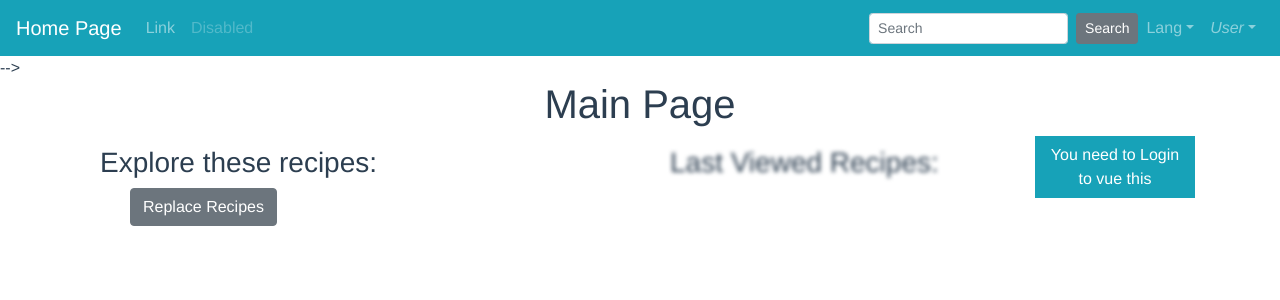
Repository: chenshor/cooking-site
Page: /#/
The author's editor kept a copy of each file at every save. The page is drawn from the files as they stood at one save, then again after the next save.
The browser window is 1280 px wide. The pictures show the whole page.
The page's requests for data from a server got no answer. The project was rebuilt for these pictures with package versions that can differ from the ones it lists, and the page was loaded fresh each time. No one was signed in, and anything a server would have sent is missing. Also part of the build but not shown: vue.config.js, src/components/Indication.vue, src/components/RecipePreview.vue, src/pages/NotFoundPage.vue, src/components/IngredientSpoon.vue, src/components/Favorite.vue, src/pages/RecipePage.vue, src/assets/countries.js and 8 more.

Above is the page before, as saved 2020-06-22 21:10:29.

### index.html
<!DOCTYPE html>
<html lang="en">
  <head>
    <meta charset="utf-8" />
    <meta http-equiv="X-UA-Compatible" content="IE=edge" />
    <meta
      name="viewport"
      content="width=device-width,initial-scale=1.0,shrink-to-fit=no"
    />
    <link rel="icon" href="<%= BASE_URL %>favicon.ico" />
    <title><%= htmlWebpackPlugin.options.title %></title>
  </head>
  <body>
    <noscript>
      <strong
        >We're sorry but <%= htmlWebpackPlugin.options.title %> doesn't work
        properly without JavaScript enabled. Please enable it to
        continue.</strong
      >
    </noscript>
    <div id="app"></div>
    <!-- built files will be auto injected -->
  </body>
</html>

### src/main.js
import Vue from "vue";
import App from "./App.vue";
import VueAxios from "vue-axios";
import axios from "axios";

import routes from "./routes";
import VueRouter from "vue-router";
Vue.use(VueRouter);
const router = new VueRouter({
  routes,
});

import Vuelidate from "vuelidate";
import "bootstrap/dist/css/bootstrap.css";
import "bootstrap-vue/dist/bootstrap-vue.css";
import {
  FormGroupPlugin,
  FormPlugin,
  FormInputPlugin,
  ButtonPlugin,
  CardPlugin,
  NavbarPlugin,
  FormSelectPlugin,
  AlertPlugin,
  ToastPlugin,
  LayoutPlugin,
  ImagePlugin,
  TabsPlugin,
  FormCheckboxPlugin,
  FormRadioPlugin,
  FormTagsPlugin,
  IconsPlugin,
} from "bootstrap-vue";
[
  FormGroupPlugin,
  FormPlugin,
  FormInputPlugin,
  ButtonPlugin,
  CardPlugin,
  NavbarPlugin,
  FormSelectPlugin,
  AlertPlugin,
  ToastPlugin,
  LayoutPlugin,
  ImagePlugin,
  TabsPlugin,
  FormCheckboxPlugin,
  FormRadioPlugin,
  FormTagsPlugin,
  IconsPlugin,
].forEach((x) => Vue.use(x));
Vue.use(Vuelidate);
Vue.use(VueAxios, axios);
axios.defaults.withCredentials = true;
axios.interceptors.request.use(
  function(config) {
    // Do something before request is sent
    return config;
  },
  function(error) {
    // Do something with request error
    return Promise.reject(error);
  }
);

// Add a response interceptor
axios.interceptors.response.use(
  function(response) {
    // Do something with response data
    return response;
  },
  function(error) {
    // Do something with response error
    return Promise.reject(error);
  }
);

Vue.use(VueAxios, axios);

Vue.config.productionTip = false;

const shared_data = {
  username: localStorage.username,
  login(username) {
    localStorage.setItem("username", username);
    this.username = username;
    console.log("login", this.username);
  },
  logout() {
    console.log("logout");
    localStorage.removeItem("username");
    this.username = undefined;
  },
};
console.log(shared_data);
// Vue.prototype.$root.store = shared_data;

new Vue({
  router,
  data() {
    return {
      store: shared_data,
    };
  },
  methods: {
    toast(title, content, variant = null, append = false) {
      this.$bvToast.toast(`${content}`, {
        title: `${title}`,
        toaster: "b-toaster-top-center",
        variant: variant,
        solid: true,
        appendToast: append,
        autoHideDelay: 3000,
      });
    },
  },
  render: (h) => h(App),
}).$mount("#app");

### src/App.vue
<template>
  <div id="app">
    <b-navbar toggleable="lg" type="dark" variant="info">
      <b-navbar-brand to="/">Home Page</b-navbar-brand>

      <b-navbar-toggle target="nav-collapse"></b-navbar-toggle>

      <b-collapse id="nav-collapse" is-nav>
        <b-navbar-nav>
          <b-nav-item href="#">Link</b-nav-item>
          <b-nav-item href="#" disabled>Disabled</b-nav-item>
        </b-navbar-nav>

        <!-- Right aligned nav items -->
        <b-navbar-nav class="ml-auto">
          <b-nav-form>
            <b-form-input size="sm" class="mr-sm-2" placeholder="Search"></b-form-input>
            <b-button size="sm" class="my-2 my-sm-0" type="submit">Search</b-button>
          </b-nav-form>

          <b-nav-item-dropdown text="Lang" right>
            <b-dropdown-item href="#">EN</b-dropdown-item>
            <b-dropdown-item href="#">ES</b-dropdown-item>
            <b-dropdown-item href="#">RU</b-dropdown-item>
            <b-dropdown-item href="#">FA</b-dropdown-item>
          </b-nav-item-dropdown>

          <b-nav-item-dropdown right>
            <!-- Using 'button-content' slot -->
            <template v-slot:button-content>
              <em>User</em>
            </template>
            <b-dropdown-item href="#">Profile</b-dropdown-item>
            <b-dropdown-item href="#">Sign Out</b-dropdown-item>
          </b-nav-item-dropdown>
        </b-navbar-nav>
      </b-collapse>
    </b-navbar>

    <!--
    <div id="nav">
      <router-link to="/">Vue Recipes</router-link>|
      <router-link to="/search">Search Recipes</router-link>|
      <router-link to="/about">About</router-link>|
      <span v-if="!$root.store.username">
        Hello Guest:
        <router-link to="/register">Register</router-link>|
        <router-link to="/login">Login</router-link>|
      </span>
      <span v-else>
        {{ $root.store.username }}:
        <b-nav-item-dropdown text="Personal" >
          <b-dropdown-item to="/FamilyList">Family Recipes</b-dropdown-item>
          <b-dropdown-item to="/myRecipes">My Recipes</b-dropdown-item>
          <b-dropdown-item to="/favorite">My Favorite</b-dropdown-item>
        </b-nav-item-dropdown>
        <!-- <router-link to="/FamilyList">Family Recipes</router-link>|
        <router-link to="/myRecipes">My Recipes</router-link>|
    <router-link to="/favorite">My Favorite</router-link>-->
    <!-- <button @click="Logout">Logout</button>|
      </span>
    </div>-->
    -->
    <router-view />
  </div>
</template>

<script>
export default {
  name: "App",
  methods: {
    async Logout() {
      this.$root.store.logout();
      const response = await this.axios.post(
        "https://ass3-2.herokuapp.com/logout"
      );
      this.$root.toast("Logout", "User logged out successfully", "success");

      this.$router.push("/").catch(() => {
        this.$forceUpdate();
      });
    }
  }
};
</script>

<style lang="scss">
#app {
  font-family: Avenir, Helvetica, Arial, sans-serif;
  -webkit-font-smoothing: antialiased;
  -moz-osx-font-smoothing: grayscale;
  color: #2c3e50;
  min-height: 100vh;
  width: 100%;
  height: 100%;
}

#nav {
  padding: 30px;
}

#nav a {
  font-weight: bold;
  color: #2c3e50;
}

#nav a.router-link-exact-active {
  color: #42b983;
}
</style>

### src/routes.js
import Main from "./pages/MainPage";
import NotFound from "./pages/NotFoundPage";
import Search from "./pages/SearchPage";
import Recipe from "./pages/RecipePage";
import Register from "./pages/RegisterPage";
import About from "./pages/AboutPage";
import FamilyRecipes from "./pages/FamilyRecipesPage";
import MyRecipesPage from "./pages/MyRecipesPage";

const routes = [
  {
    path: "/",
    name: "main",
    component: Main,
  },
  {
    path: "/login",
    name: "login",
    component: () => import("./pages/LoginPage"),
  },
  {
    path: "*",
    name: "notFound",
    component: NotFound,
  },
  {
    path: "/search",
    name: "search",
    component: () => import("./pages/SearchPage"),
  },
  {
    path: "/recipe/:recipeId",
    name: "recipe",
    component: () => import("./pages/RecipePage"),
  },
  {
    path: "/familyRecipe/:id",
    name: "familyRecipe",
    component: () => import("./pages/FullFamilyRecipePage"),
  },
  {
    path: "/register",
    name: "register",
    component: () => import("./pages/RegisterPage"),
  },
  {
    path: "/about",
    name: "about",
    component: () => import("./pages/AboutPage"),
  },
  {
    path: "/FamilyList",
    name: "FamilyRecipes",
    component: () => import("./pages/FamilyRecipesPage"),
  },
  {
    path: "/myRecipes",
    name: "myRecipes",
    component: () => import("./pages/MyRecipesPage"),
  },
  {
    path: "/favorite",
    name: "favorite",
    component: () => import("./pages/FavoritePage"),
  },
];

export default routes;

### src/pages/MainPage.vue
<template>
  <div>
    <b-container class="container">
      <b-row>
        <b-col class="text-center">
          <h1 class="title">Main Page</h1>
        </b-col>
      </b-row>
      <b-row align-v="stretch">
        <b-col>
          <RecipePreviewList title="Randome Recipes" class="RandomRecipes center" />
        </b-col>
        <b-col>
          <b-row>
            <b-col cols="8">
              <LastSeen
                title="Last Viewed Recipes"
                :class="{
            RandomRecipes: true,
            blur: !$root.store.username,
            center: true,
          }"
                disabled
              ></LastSeen>
            </b-col>
            <b-col>
              <b-button
                squared
                v-if="!$root.store.username"
                to="/login"
                variant="info"
              >You need to Login to vue this</b-button>
            </b-col>
          </b-row>
        </b-col>
      </b-row>
    </b-container>
  </div>
</template>

<script>
import RecipePreviewList from "../components/RecipePreviewList";
import LastSeen from "../components/LastSeen";
export default {
  components: {
    RecipePreviewList,
    LastSeen
  }
};
</script>

<style lang="scss" scoped>
.RandomRecipes {
  margin: 10px 0 10px;
}
.blur {
  -webkit-filter: blur(5px); /* Safari 6.0 - 9.0 */
  filter: blur(2px);
}
::v-deep .blur .recipe-preview {
  pointer-events: none;
  cursor: default;
}
// .grid {
//   display: grid;
//   grid-template-columns: auto;
//   grid-template-rows: auto;
//   grid-gap: 3%;
//   height: 100%;
//   width: 100%;
// }
// .random {
//   grid-row: 2/-1;
//   padding: 1%;
//   overflow: auto;
// }
// .lastview {
//   grid-row: 2/-1;
//   padding: 1%;
//   overflow: auto;
// }
// .buttonLogin {
//   grid-row: 2/-1;
//   padding-top: 1%;
//   overflow: auto;
//   margin-top: 5%;
// }
// .container {
//   width: 100%;
//   height: 100%;
// }
</style>

### src/pages/SearchPage.vue
<template>
  <b-container class="container">
    <b-row>
      <b-col>
        <h1 class="titleS">Search</h1>
      </b-col>
    </b-row>
    <b-row>
      <b-col>
        <b-form @submit.prevent="searchRecipe">
          <b-form-group label="search" label-for="search">
            <b-form-input id="search" v-model="search" placeholder="Search here.."></b-form-input>
          </b-form-group>

          <b-form-group label="Cuisine">
            <b-form-tags v-model="valueCuisine" size="lg" add-on-change no-outer-focus class="mb-2">
              <template v-slot="{ tags, inputAttrs, inputHandlers, disabled, removeTag }">
                <ul v-if="tags.length > 0" class="list-inline d-inline-block mb-2">
                  <li v-for="tag in tags" :key="tag" class="list-inline-item">
                    <b-form-tag
                      @remove="removeTag(tag)"
                      :title="tag"
                      :disabled="disabled"
                      variant="info"
                    >{{ tag }}</b-form-tag>
                  </li>
                </ul>
                <b-form-select
                  v-bind="inputAttrs"
                  v-on="inputHandlers"
                  :disabled="disabled"
                  :options="cuisine"
                >
                  <template v-slot:first>
                    <option disabled value>Choose a tag...</option>
                  </template>
                </b-form-select>
              </template>
            </b-form-tags>
          </b-form-group>

          <b-form-group label="Diet">
            <b-form-tags v-model="valueDiet" size="lg" add-on-change no-outer-focus class="mb-2">
              <template v-slot="{ tags, inputAttrs, inputHandlers, disabled, removeTag }">
                <ul v-if="tags.length > 0" class="list-inline d-inline-block mb-2">
                  <li v-for="tag in tags" :key="tag" class="list-inline-item">
                    <b-form-tag
                      @remove="removeTag(tag)"
                      :title="tag"
                      :disabled="disabled"
                      variant="info"
                    >{{ tag }}</b-form-tag>
                  </li>
                </ul>
                <b-form-select
                  v-bind="inputAttrs"
                  v-on="inputHandlers"
                  :disabled="disabled"
                  :options="diet"
                >
                  <template v-slot:first>
                    <option disabled value>Choose a tag...</option>
                  </template>
                </b-form-select>
              </template>
            </b-form-tags>
          </b-form-group>
          <b-form-group label="Intolerance">
            <b-form-tags
              v-model="valueIntolerance"
              size="lg"
              add-on-change
              no-outer-focus
              class="mb-2"
            >
              <template v-slot="{ tags, inputAttrs, inputHandlers, disabled, removeTag }">
                <ul v-if="tags.length > 0" class="list-inline d-inline-block mb-2">
                  <li v-for="tag in tags" :key="tag" class="list-inline-item">
                    <b-form-tag
                      @remove="removeTag(tag)"
                      :title="tag"
                      :disabled="disabled"
                      variant="info"
                    >{{ tag }}</b-form-tag>
                  </li>
                </ul>
                <b-form-select
                  v-bind="inputAttrs"
                  v-on="inputHandlers"
                  :disabled="disabled"
                  :options="intolerance"
                >
                  <template v-slot:first>
                    <option disabled value>Choose a tag...</option>
                  </template>
                </b-form-select>
              </template>
            </b-form-tags>
          </b-form-group>

          <b-form-group label="Number of results:">
            <b-form-radio-group
              id="numberSearch"
              v-model="selected"
              :options="options"
              name="numberOfResults"
            ></b-form-radio-group>
          </b-form-group>
          <b-button type="submit" variant="primary" style="width:250px;" class="ml-5 w-75">Search</b-button>
        </b-form>
        <b-row v-if="recipes.length>0">
          <b-form-group label="Sort by:" v-model="sort">
            <b-form-radio
              v-on:change="sortArrays"
              v-model="sort"
              name="some-radios"
              value="aggregateLikes"
            >Likes</b-form-radio>
            <b-form-radio
              v-on:change="sortArrays"
              v-model="sort"
              name="some-radios"
              value="readyInMinutes"
            >Time</b-form-radio>
          </b-form-group>
        </b-row>
      </b-col>
    </b-row>
    <b-row class="recipesSearch">
      <div v-for="r in recipes" :key="r.id">
        <b-col>
          <RecipePreview class="recipePreview" :recipe="r" />
        </b-col>
      </div>
    </b-row>
    <h3 v-if="!isFound">Recipe not found</h3>
  </b-container>
</template>

<script>
import cuisine from "../assets/cuisine";
import diet from "../assets/diet";
import intolerance from "../assets/intolerance";
import RecipePreview from "../components/RecipePreview";

export default {
  name: "SearchPage",
  components: {
    RecipePreview
  },
  data() {
    return {
      cuisine: [{ value: null, text: "", disabled: true }],
      diet: [{ value: null, text: "", disabled: true }],
      intolerance: [{ value: null, text: "", disabled: true }],
      valueCuisine: [],
      valueDiet: [],
      search: "",
      valueIntolerance: [],
      errors: [],
      sort: "",
      isFound: Boolean,

      selected: "5", // Must be an array reference!
      options: [
        { text: "5", value: "5" },
        { text: "10", value: "10" },
        { text: "15", value: "15" }
      ],
      recipes: []
    };
  },
  methods: {
    async searchRecipe() {
      try {
        let query = this.search;
        for (let i in this.valueCuisine) {
          query = query.concat(" " + this.valueCuisine[i]);
        }
        for (let i in this.valueDiet) {
          query = query.concat(" " + this.valueDiet[i]);
        }
        for (let i in this.valueIntolerance) {
          query = query.concat(" " + this.valueIntolerance[i]);
        }

        let number = this.selected;

        const response = await this.axios.get(
          `https://ass3-2.herokuapp.com/recipes/search/query/${query}/amount/${number}`
        );
        this.isFound = true;
        const recipes = response.data.data;
        this.recipes = [];
        this.recipes.push(...recipes);
        sessionStorage.removeItem("recipes");
        sessionStorage.recipes = JSON.stringify(this.recipes);
      } catch (err) {
        this.isFound = false;
      }
    },
    sortArrays(event) {
      console.log(this.recipes);
      // this.recipes = orderBy(this.recipes, this.sort, "asc");
      this.recipes.sort((a, b) => {
        a[this.sort] < b[this.sort];
      });
    }
  },

  mounted() {
    this.cuisine.push(...cuisine);
    this.diet.push(...diet);
    this.intolerance.push(...intolerance);
    console.log(this.recipes.length);
    if (sessionStorage.recipes) {
      this.recipes = JSON.parse(sessionStorage.getItem("recipes"));
    }
  }
};
</script>

<style>
.container {
  width: 100%;
}
</style>

### src/components/RecipePreviewList.vue
<template>
  <b-container>
    <h3>
      Explore these recipes:
      <slot></slot>
    </h3>
    <b-col>
      <b-col v-for="r in recipes" :key="r.id">
        <RecipePreview class="recipePreview" :recipe="r" />
      </b-col>
      <b-col>
        <b-button v-on:click="updateRecipes">Replace Recipes</b-button>
      </b-col>
    </b-col>
  </b-container>
</template>

<script>
import RecipePreview from "./RecipePreview";
export default {
  name: "RecipePreviewList",
  components: {
    RecipePreview
  },
  props: {
    title: {
      type: String,
      required: true
    }
  },
  data() {
    return {
      recipes: []
    };
  },
  mounted() {
    this.updateRecipes();
  },
  methods: {
    async updateRecipes() {
      try {
        const response = await this.axios.get(
          "https://ass3-2.herokuapp.com/recipes/randomRecipes"
        );

        console.log(response);
        const recipes = response.data.randomRecipes; /////// change to randomRecipes

        this.recipes = [];
        this.recipes.push(...recipes);
      } catch (error) {
        console.log(error);
      }
    }
  }
};
</script>

<style lang="scss" scoped>
.container {
  min-height: 400px;
}
</style>

### src/components/LastSeen.vue
<template>
  <b-container>
    <h3>
      {{ title }}:
      <slot></slot>
    </h3>
    <b-row>
      <div v-if="this.lastSeen">
        <b-col v-for="r in recipes" :key="r.id">
          <RecipePreview class="recipePreview" :recipe="r" />
        </b-col>
      </div>
      <div v-else>
        <b-col>
          <h3>You havn't seen any recipes yet!!!</h3>
        </b-col>
      </div>
    </b-row>
  </b-container>
</template>

<script>
import RecipePreview from "./RecipePreview";
export default {
  name: "RecipePreviewList",
  components: {
    RecipePreview
  },
  props: {
    title: {
      type: String,
      required: true
    }
  },
  data() {
    return {
      recipes: [],
      lastSeen: Boolean
    };
  },
  mounted() {
    this.updateRecipes();
  },
  methods: {
    async updateRecipes() {
      try {
        let username = localStorage.getItem("username");
        if (username) {
          const response = await this.axios.get(
            "https://ass3-2.herokuapp.com/users/lastSeen"
          );

          const recipes = response.data.lastSeen;
          this.lastSeen = true;

          this.recipes = [];
          this.recipes.push(...recipes);
        }
      } catch (error) {
        // console.log(error);
        this.lastSeen = false;
      }
    },
    async getFunc() {
      return await this.axios.get(
        "https://ass3-2.herokuapp.com/users/lastSeen"
      );
    }
  }
};
</script>

<style lang="scss" scoped>
.container {
  min-height: 400px;
}
</style>

### src/assets/cuisine.js
export default[
"African",
"American",
"British",
"Cajun",
"Caribbean",
"Chinese",
"Eastern European",
"European",
"French",
"German",
"Greek",
"Indian",
"Irish",
"Italian",
"Japanese",
"Jewish",
"Korean",
"Latin American",
"Mediterranean",
"Mexican",
"Middle Eastern",
"Nordic",
"Southern",
"Spanish",
"Thai",
"Vietnamese"
];

### src/assets/diet.js
export default[
    "Whole30",
    "Primal",
    "Paleo",
    "Pescetarian",
    "Vegan",
    "Ovo-Vegetarian",
    "Lacto-Vegetarian",
    "Vegetarian",
    "Ketogenic",
    "Gluten Free"

];

### src/assets/intolerance.js
export default[
"Dairy",
"Egg",
"Gluten",
"Grain",
"Peanut",
"Seafood",
"Sesame",
"Shellfish",
"Soy",
"Sulfite",
"Tree Nut",
"Wheat"
];

After the next save:
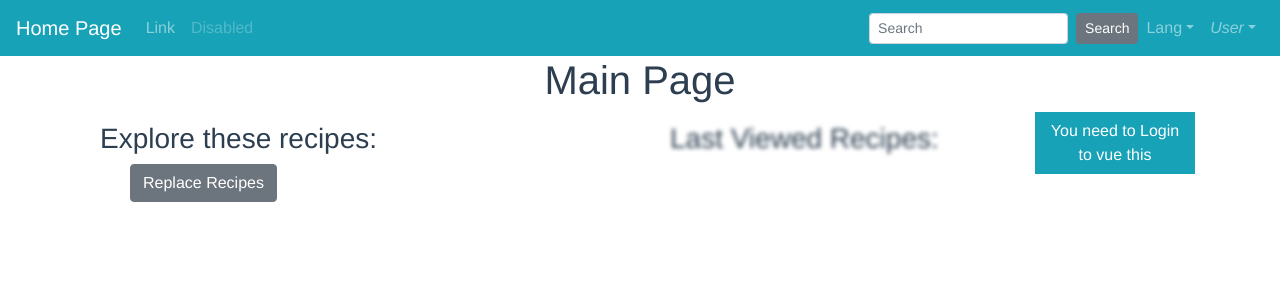
Saved 28 s later.
--- a/src/App.vue
+++ b/src/App.vue
@@ -38,6 +38,7 @@
     </b-navbar>
 
     <!--
+
     <div id="nav">
       <router-link to="/">Vue Recipes</router-link>|
       <router-link to="/search">Search Recipes</router-link>|
@@ -54,13 +55,12 @@
           <b-dropdown-item to="/myRecipes">My Recipes</b-dropdown-item>
           <b-dropdown-item to="/favorite">My Favorite</b-dropdown-item>
         </b-nav-item-dropdown>
-        <!-- <router-link to="/FamilyList">Family Recipes</router-link>|
+        <router-link to="/FamilyList">Family Recipes</router-link>|
         <router-link to="/myRecipes">My Recipes</router-link>|
-    <router-link to="/favorite">My Favorite</router-link>-->
-    <!-- <button @click="Logout">Logout</button>|
+        <router-link to="/favorite">My Favorite</router-link>
+        <button @click="Logout">Logout</button>|
       </span>
     </div>-->
-    -->
     <router-view />
   </div>
 </template>
